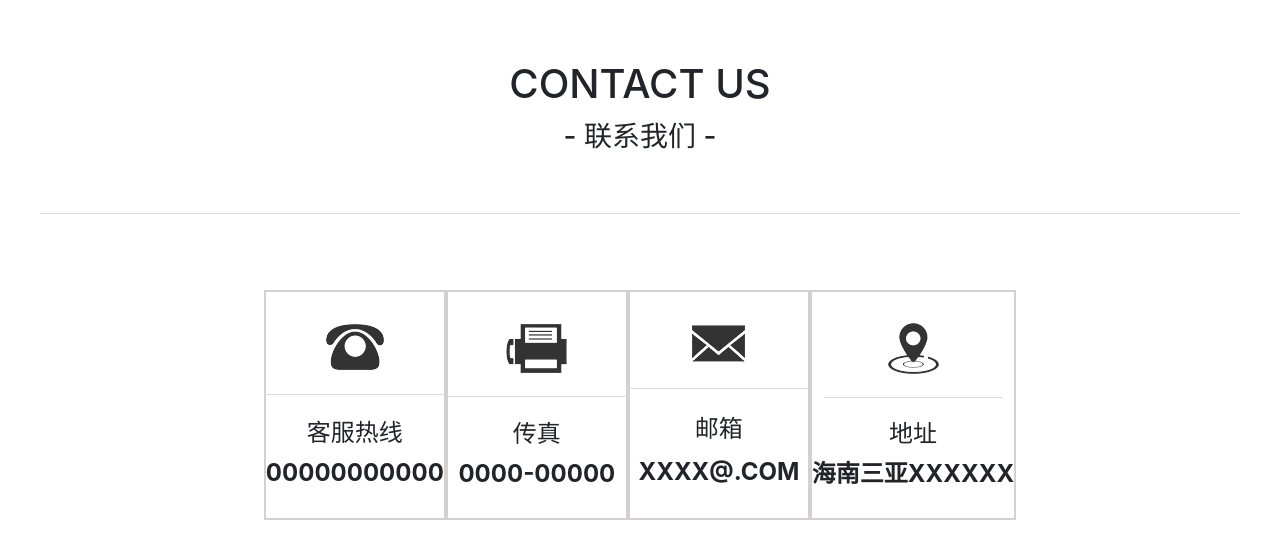
Repository: Noitom/Hadalsnailfish
Page: src/main/resources/static/html/connect.html
The author's editor kept a copy of each file at every save. The page is drawn from the files as they stood at one save, then again after the next save.
The browser window is 1280 px wide. The pictures show the whole page.

Above is the page before, as saved 2021-12-14 15:33:40.

### src/main/resources/static/html/connect.html
<!DOCTYPE html>
<html lang="zh-CN">
<head>
    <meta charset="utf-8">
    <meta http-equiv="X-UA-Compatible" content="IE=edge">
    <meta name="viewport" content="width=device-width, initial-scale=1">
    <title>深海狮子鱼</title>
    <link href="../bootstrap/css/bootstrap.min.css" rel="stylesheet">
    <link href="../css/cl-css.css" rel="stylesheet">
    <link href="../font-awesome/css/font-awesome.min.css" rel="stylesheet">
    <link href="../element/element.css" rel="stylesheet" type="text/css">
    <link href="../bootstrap/css/bootstrap-responsive.min.css" rel="stylesheet" type="text/css">
    <style>
        .el-carousel__item h3 {
            color: #475669;
            font-size: 14px;
            opacity: 0.75;
            line-height: 150px;
            margin: 0;
        }

        .el-row {
            margin-bottom: 20px;
        &:last-child {
             margin-bottom: 0;
         }
        }
        .el-col {
            border-radius: 4px;
        }
        .bg-purple-dark {
            background: #99a9bf;
        }
        .bg-purple {
            background: #d3dce6;
        }
        .bg-purple-light {
            background: #e5e9f2;
        }
        .grid-content {
            border-radius: 4px;
            min-height: 36px;
        }
        .row-bg {
            padding: 10px 0;
            background-color: #f9fafc;
        }
        .szy-contact-way{

            height: 230px;
            border: 2px solid #d4d0d0;
            padding-top: 30px;
            padding-bottom: 20px;
            border: 0px 0px 10px 10px;
        }

    </style>
</head>
<body>
<div id="app" style="background:#fff;">
    <!--顶部导航start-->
    <!--<div class="cl-header container-fluid">-->
    <!--<div class="header-content container">-->
    <!--<nav class="navbar navbar-expand-lg navbar-light">-->
    <!--<a class="navbar-brand" href="product.html">-->
    <!--<img src="../img/szy1.png" height="110" alt="">-->
    <!--</a>-->
    <!--<button class="navbar-toggler" type="button" data-toggle="collapse" data-target="#navbarNav" aria-controls="navbarNav" aria-expanded="false" aria-label="Toggle navigation">-->
    <!--<span class="navbar-toggler-icon"></span>-->
    <!--</button>-->
    <!--<div class="collapse navbar-collapse justify-content-end" id="navbarNav">-->
    <!--<el-menu  class="el-menu-demo" mode="horizontal"  text-color="#2b2b2b" default-active="5" active-text-color="rgb(91, 146, 251)">-->
    <!--<el-menu-item index="1"> <a href="../index.html">首页</a> </el-menu-item>-->
    <!--&lt;!&ndash; <el-submenu index="2"> &ndash;&gt;-->
    <!--<el-menu-item index="2" > <a href="product.html">所有产品</a> </el-menu-item>-->
    <!--<el-menu-item index="3" > <a href="help.html">技术支持</a> </el-menu-item>-->
    <!--<el-menu-item index="4" > <a href="#">合作伙伴</a> </el-menu-item>-->
    <!--<el-menu-item index="5"><a href="connect.html">联系我们</a></el-menu-item>-->
    <!--</el-menu>-->
    <!--&lt;!&ndash; <el-menu-item index="2-1"> <a href="html/product.html">所有产品</a> </el-menu-item> &ndash;&gt;-->
    <!--&lt;!&ndash; <el-submenu index="2-2">-->
    <!--<template slot="title">应用分类</template>-->
    <!--<el-menu-item index="2-2-1">生物于微生物</el-menu-item>-->
    <!--<el-menu-item index="2-2-2">地球物理与资源</el-menu-item>-->
    <!--<el-menu-item index="2-2-3">地质与地球化学</el-menu-item>-->
    <!--<el-menu-item index="2-2-4">物理海洋规划</el-menu-item>-->
    <!--<el-menu-item index="2-2-5">水下运载潜水器</el-menu-item>-->
    <!--</el-submenu>-->
    <!--<el-submenu index="2-3">-->
    <!--<template slot="title">深度分类</template>-->
    <!--<el-menu-item index="2-3-1">300</el-menu-item>-->
    <!--<el-menu-item index="2-3-2">1500</el-menu-item>-->
    <!--<el-menu-item index="2-3-3">3000</el-menu-item>-->
    <!--<el-menu-item index="2-3-4">4500</el-menu-item>-->
    <!--<el-menu-item index="2-3-5">6000</el-menu-item>-->
    <!--<el-menu-item index="2-3-5">11000</el-menu-item>-->
    <!--</el-submenu>-->
    <!--<el-submenu index="2-4">-->
    <!--<template slot="title">海工领域</template>-->
    <!--<el-menu-item index="2-4-1">近岸工作</el-menu-item>-->
    <!--<el-menu-item index="2-4-2">深海工程</el-menu-item>-->
    <!--</el-submenu>-->
    <!--<el-submenu index="2-5">-->
    <!--<template slot="title">应用视频</template>-->
    <!--<el-menu-item index="2-5-1">典型应用影片展示与介绍</el-menu-item>-->
    <!--<el-menu-item index="2-5-2">选项2</el-menu-item>-->
    <!--<el-menu-item index="2-5-3">选项3</el-menu-item> &ndash;&gt;-->
    <!--&lt;!&ndash; </el-submenu>-->
    <!--</el-submenu>-->
    <!--<el-submenu index="3"> &ndash;&gt;-->
    <!--&lt;!&ndash; <el-menu-item index="3-1"><a href="html/help.html">技术指导</a></el-menu-item>-->
    <!--<el-menu-item index="3-2">售后服务</el-menu-item> &ndash;&gt;-->
    <!--&lt;!&ndash; </el-submenu> &ndash;&gt;-->
    <!--</div>-->
    <!--</nav>-->
    <!--</div>-->
    <!--</div>-->
    <!--顶部导航end-->
    <!--轮播图-->
    <!--<div class="" >-->
    <!--<template>-->
    <!--<div class="block">-->
    <!--<el-carousel height="300px">-->
    <!--<el-carousel-item v-for="item in imageList" :key="item">-->
    <!--<img :src="item" style="width: 100%;height:720px">-->
    <!--</el-carousel-item>-->
    <!--</el-carousel>-->
    <!--</div>-->
    <!--</template>-->
    <!--</div>-->
    <!--首页其他内容展示-->

    <div class="container-fluid">
        <div class="d-flex flex-column justify-content-around align-items-center " style="height: 600px;padding-bottom: 50px">
            <div class="d-flex flex-column justify-content-around align-items-center" style="height: 200px;">
                <div style="height: 90px; text-align: center;padding-top: 30px">
                    <h1>CONTACT US</h1>
                </div>
                <div style="height: 80px;text-align: center">
                    <h3>- 联系我们 -</h3>
                </div>
                <div style="height: 30px;">
                    <img src="../img/AD0IhdDxBBAEGAAgv7CfvgUo3Iz0ogYwsAk4AQ.png">
                </div>
            </div>
            <div class="d-flex flex-row justify-content-around align-items-center flex-wrap" style="padding-left: 50px;padding-right: 50px">
                <div class="d-flex flex-column justify-content-around align-items-center szy-contact-way" >
                    <img src="../img/AD0IhdDxBBAEGAAg0bCfvgUo47q5tAMwOjgu.png">
                    <img src="../img/AD0IhdDxBBAEGAAgz7CfvgUowOry3wcwsgE4AQ.png" style="margin-top: 20px;margin-bottom: 20px">
                    <h4>客服热线</h4>
                    <h4><b>00000000000</b></h4>
                </div>
                <div class="d-flex flex-column justify-content-around align-items-center szy-contact-way" >
                    <img src="../img/AD0IhdDxBBAEGAAgxrCfvgUo8vC3RzA9ODE.png">
                    <img src="../img/AD0IhdDxBBAEGAAgz7CfvgUowOry3wcwsgE4AQ.png" style="margin-top: 20px;margin-bottom: 20px">
                    <h4>传真</h4>
                    <h4><b>0000-00000</b></h4>
                </div>
                <div class="d-flex flex-column justify-content-around align-items-center szy-contact-way" >
                    <img src="../img/AD0IhdDxBBAEGAAgx7CfvgUosLOd0QMwNTgl.png">
                    <img src="../img/AD0IhdDxBBAEGAAgz7CfvgUowOry3wcwsgE4AQ.png" style="margin-top: 20px;margin-bottom: 20px">
                    <h4>邮箱</h4>
                    <h4><b>XXXX@.COM</b></h4>
                </div>
                <div class="d-flex flex-column justify-content-around align-items-center szy-contact-way visible-desktop" >
                    <img src="../img/AD0IhdDxBBAEGAAg0LCfvgUo4N3IKjAzODM.png">
                    <img src="../img/AD0IhdDxBBAEGAAgz7CfvgUowOry3wcwsgE4AQ.png" style="margin-top: 20px;margin-bottom: 20px">
                    <h4>地址</h4>
                    <h4><b>海南三亚XXXXXX</b></h4>
                </div>
            </div>
        </div>
    </div>

    <!--<div class="container-fluid cl-footer">-->
    <!--<div class="container">-->
    <!--<div class="row">-->
    <!--<div class="col-md-4">-->
    <!--<p class="cl-copyright">关于我们</p>-->
    <!--<p class="cl-copyright">-->
    <!--<img src="../img/formargin.webp">-->
    <!--联系电话:xxxxxx-->
    <!--</p>-->

    <!--</div>-->
    <!--<div class="col-md-4">-->
    <!--<p class="cl-copyright">关于我们</p>-->
    <!--<p class="cl-copyright">-->
    <!--<img src="../img/email.webp">-->
    <!--邮箱：xxx@.com</p>-->
    <!--</div>-->
    <!--<div class="col-md-4">-->
    <!--<p class="cl-copyright">关于我们</p>-->
    <!--<p class="cl-copyright">-->
    <!--<img src="../img/address.webp" alt="">-->
    <!--公司地址:</p>-->
    <!--</div>-->
    <!--</div>-->
    <!--<p class="cl-copyright">本设计由XXX荣誉出品</p>-->
    <!--<p class="cl-copyright">copyright @ 2017~2018 XXXXX</p>-->
    <!--</div>-->
    <!--</div>-->
</div>
<script src="../jquery/jquery.min.js"></script>
<script src="../bootstrap/js/bootstrap.min.js"></script>
<script src="../element/vue.js"></script>
<script src="../element/element.js"></script>
<script type="text/javascript">
    //配置对象 options
    new Vue({
        // 配置选项(option)
        // element: 指定用vue来管理页面中的哪个标签区域
        el: '#app',
        data: {
            isCollapse: true,
            imageList:[
                '../img/AD0IhdDxBBACGAAg87q03wUomNK66wUwgA840QU.jpg',
                '../img/AD0IhdDxBBACGAAg87q03wUokNmXkwUwgA840QU.jpg'
            ],
            message:'公司简介：XXXXXXXXXXXXX'

        },
        methods: {

        }
    });

</script>
</body>
</html>

### src/main/resources/static/css/cl-css.css
/*global*/
body{
    background-color: #f4f4f4;
}

a{
    display: block;
    color:#333;
    font-size: 16px;
    font-family: 微软雅黑;
}
a:hover{
    color:#076ce0;
    text-decoration: none;
}
/*header*/
.cl-header {
    background-color: #fff;
    /*height: 80px;*/
    /*line-height: 80px;*/
    /*box-shadow:0 5px 15px rgba(153, 153, 153, 0.1)!*添加阴影*!*/
}
.header-content{
    position: relative;
}

@media (min-width: 992px){
    .navbar-expand-lg .navbar-nav .nav-link {
        padding-right: 1rem;
        padding-left: 1rem;
    }
}
.navbar-toggler:not(:disabled):not(.disabled):focus{
    outline: none;
}
.navbar{
    padding:0;
}
.navbar-light .navbar-nav .active>.nav-link{
    color: #333;
    font-weight: bold;
    display: inline-block;
    padding: 0 20px;
}
.navbar-light .navbar-nav .active>.nav-link:hover{
    color: #076ce0;
}

.nav .nav-item a.active{
    color: #076ce0;
    font-weight: bold;
}

.navbar .navbar-brand img{
    max-width: 100%;
    max-height: 100%;
}
.recommend-index{
    margin-bottom:20px;
}



/*footer*/
.cl-footer{
    background-color: #2d3e50;
    text-align: center;
    padding:2rem 0 1rem 0;
    /* margin:1rem 0 1rem 0; */
    border-top:1px solid #f1f1f1;
    /*margin-left: 10px;*/

}
.cl-footer-link a{
    font-size:20px;
    padding:1rem 0;
    color:#666;
}

.cl-copyright{
    color:#666;
    font-size:14px;
    line-height:0.8em;

}

.text-primary{
    text-align: right;
}
.text-primary a{
    font-size:14px;
    color:#666;
}
@media (min-width: 576px){
    .ll-panel{
        max-width: 30%;
    }
}

/*recommend aritical*/
.recommend-panel{
    margin:20px 0;
}
.recommend-panel a.recommend-panel-link{
    display: block;
}
.recommend-panel-bottom{
    padding:0.5rem;
    font-size:14px;
}
.ll-title{
    margin:3rem 0 1rem 0;
    color:#333;
}
.recommend-panel-top{
    overflow: hidden;
    height: 12rem;
}

.recommend-panel-top img,.recommend-item img,.cl-card-image img{
    width: 100%;
    max-width: 100%;
    transition:0.4s ease-out;
    -webkit-transition:0.4s ease-out;
    -moz-transition:0.4s ease-out;
    -o-transition:0.4s ease-out;
}
.recommend-panel-top img:hover,.recommend-item img:hover,.cl-card-image img:hover{
    transform: scale(1.1, 1.1);
    -webkit-transform: scale(1.1, 1.1);
    -o-transform: scale(1.1, 1.1);
    -moz-transform: scale(1.1, 1.1);
}
/* 第二模块 */
.jumbotron-one{
    height: 650px;
    position: relative;
}
.szy-tow {
    height: 600px;
    width: 300px;
    position: absolute;
    left: 30%;
    top: 50%;
    transform: translate(-50%)
    translatey(-50%)

}
.szy-tow p{
    font-size: 20px;
    font-family: 微软雅黑;
}
.szy-tow span {
    font-size: 13px;
    font-family: 微软雅黑;
}
.szy-tow-one {
    height: 600px;
    width: 500px;
    position: absolute;
    left: 50%;
    top: 5%;
    background: url(cssimg/szy1.png) no-repeat;
}
/* .container-tow{
    width:1200px;
    height: 291px;
    position: absolute;
    left: 50%;
    top: 50%;
    transform: translate(-50%)
    translatey(-50%);
}
.word{
    font-size: 30px;
    font-family: 微软雅黑;
    color: blue;
    font-weight:bold ;
    max-width: 750px;
    padding: 20px 75px 20px 75px;
    margin: 10px;
    line-height: 90px;
}
.word-1{
    width: 500px;
    height: 150px;
    position: absolute;
    left: 7%;
    top: 30%;
    /* transform: translate(-50%)
    translatey(-50%); */
/* } */
/* .word-i span{
    font-size: 16px;
    font-family: 微软雅黑;
    color: black;
    padding: 0px 90px;
    left: 50%;
}
.image-1{
    width: 388px;
    height: 388px;
    position: absolute;
    left: 75%;
    top: 50%;
    transform: translate(-50%)
    translatey(-50%);
}
.image-2{
    width: 65px;
    height: 65px;
    position: absolute;
    left: 10%;
    top: 100%;
    transform: translate(-50%)
    translatey(-50%);
}
.but-1{
    width: 120px;
    height: 65px;
    background: #5d94fb;
    position: absolute;
    left: 90%;
    top: 55%;
    transform: translate(-50%)
    translatey(-50%);
    cursor: default;
}
.but-1 a{
    height: 100px;
    text-decoration: none;
    font-size: 16px;
    line-height: 63px;
    text-align: center;
    color: #fff;
    position: absolute;
    left: 50%;
    top: 70%;
    transform: translate(-50%)
    translatey(-50%);
}
.but-2{
    width: 80px;
    height: 65px;
    background: #2a5cb9;
    position: absolute;
    left: 98%;
    top: 55%;
    transform: translate(-50%)
    translatey(-50%);
    cursor: default;
}
.but-2 span{
    height: 100px;
    text-decoration: none;
    font-size: 40px;
    line-height: 63px;
    text-align: center;
    color: #fff;
    position: absolute;
    left: 50%;
    top: 70%;
    transform: translate(-50%)
    translatey(-50%);
} */
/* 产品介绍界面*/
.jumbotron-i{
    height: 670px;
    position: relative;
}
.container-i{
    width: 320px;
    height: 96px;
    margin:0 auto;
    position: absolute;
    left: 30%;
    top: 20%;
    transform: translate(-50%)
    translatey(-50%);
}
.container-i span{
    font-size: 30px;
    color: rgb(51, 129, 255);
    font-weight:bold;
    font-family: 微软雅黑;
}
.mod_service{
    width: 1800px;
    height: 400px;
}
.mod_service ul li{
    float: left;
    width: 300px;
    height: 300px;
}
.mod_service ul li h5{
    float: left;
    width: 280px;
    height: 280px;
}
.mod_service ul li h4{
    float: left;
    width: 280px;
    height: 280px;
}
.mod_service ul li p{
    float: left;
    width: 280px;
    height: 280px;
}

/*字体*/
.szy-yahei{
    font-family: 微软雅黑;
}

.szy-yahei-22px-blue{
    font-family: 微软雅黑;
    font-size: 22px;
    color: rgb(91, 146, 251);
    margin-bottom: 0
}

.szy-yahei-18px-white{
    font-family: 微软雅黑;
    color: rgb(255, 255, 255);
    font-size: 18px;
    margin-bottom: 0
}

.szy-yahei-16px-white{
    font-family: 微软雅黑;
    color: rgb(255, 255, 255);
    font-size: 16px;
    margin-bottom: 0
}

.szy-index-img{
    height: 250px;
    width: 250px
}

.szy-end-padding{
    padding: 5px;
}

Loaded but not shown: src/main/resources/static/bootstrap/css/bootstrap.min.css (library); src/main/resources/static/font-awesome/css/font-awesome.min.css (library); src/main/resources/static/element/element.css (library); src/main/resources/static/bootstrap/css/bootstrap-responsive.min.css (library); src/main/resources/static/jquery/jquery.min.js (library); src/main/resources/static/bootstrap/js/bootstrap.min.js (library); src/main/resources/static/element/vue.js (library); src/main/resources/static/element/element.js (library)

After the next save:
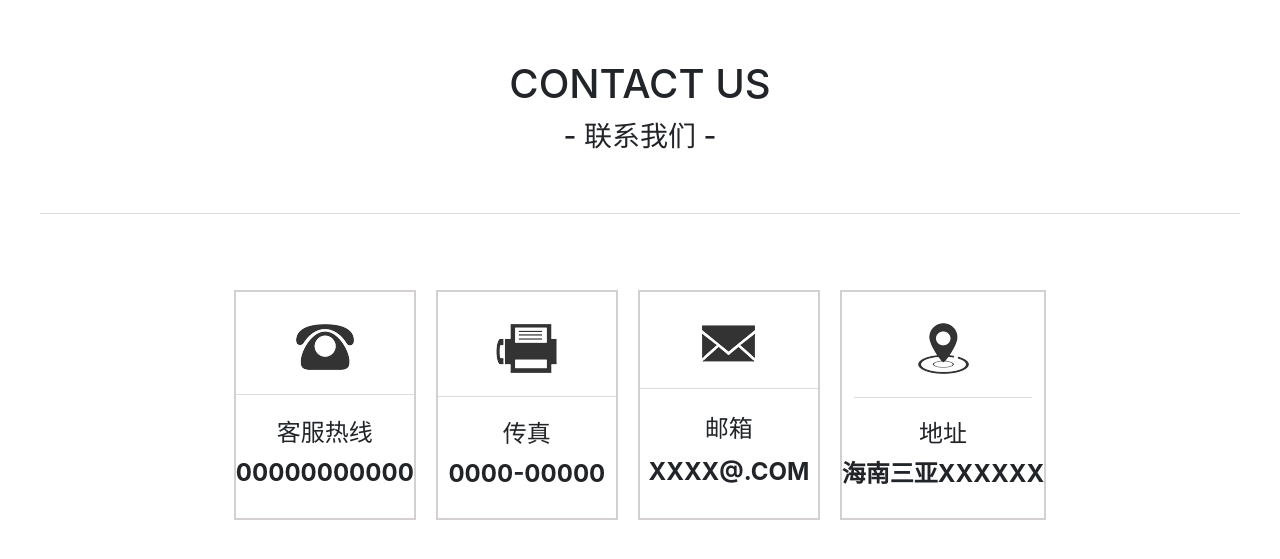
Saved 65 s later.
--- a/src/main/resources/static/html/connect.html
+++ b/src/main/resources/static/html/connect.html
@@ -51,7 +51,8 @@
             border: 2px solid #d4d0d0;
             padding-top: 30px;
             padding-bottom: 20px;
-            border: 0px 0px 10px 10px;
+            margin-left: 10px;
+            margin-right: 10px;
         }
 
     </style>
